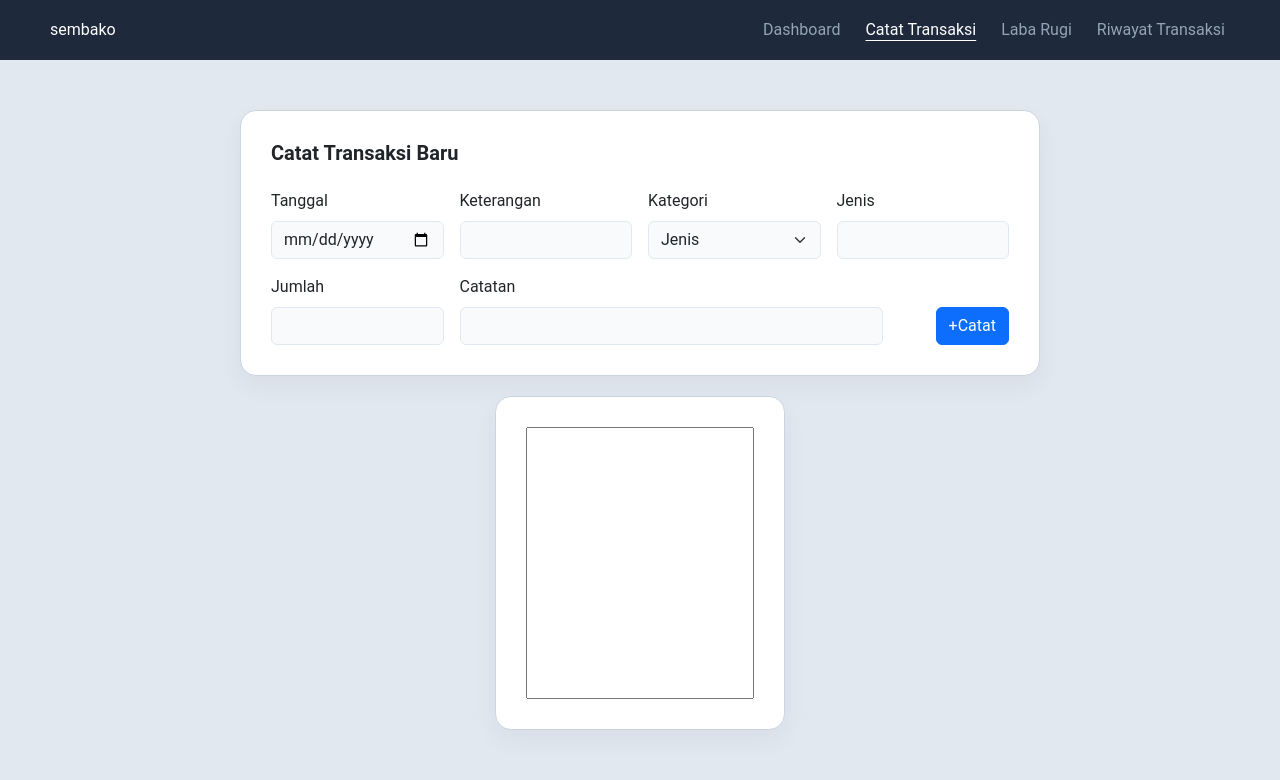
Repository: musdalifahzahra/Projek-Akhir-PWD-2026
Page: http://localhost/3-catat-transaksi.php
The author's editor kept a copy of each file at every save. The page is drawn from the files as they stood at one save, then again after the next save.
The browser window is 1280 px wide. The pictures show the whole page.
The page is run by PHP 8.4 with error messages shown; the project is at /var/www/html/.

Above is the page before, as saved 2026-04-10 17:50:23.

### 3-catat-transaksi.php
<!DOCTYPE html>
<html lang="en">

<head>
    <meta charset="UTF-8">
    <meta name="viewport" content="width=device-width, initial-scale=1.0">
    <title>Catat Transaksi</title>
    <link rel="stylesheet" href="https://cdn.jsdelivr.net/npm/bootstrap@5.3.8/dist/css/bootstrap.min.css">
    <link rel="stylesheet" href="template-css.css">
    <link rel="stylesheet" href="3-catat-transaksi-css.css">
</head>

<body>
    <nav>
        <div class="profile">
            <span>sembako</span>
        </div>
        <div class="nav_list">
            <ul>
                <li><a href="2-dashboard.php">Dashboard</a></li>
                <li><a href="3-catat-transaksi.php" class="nav-active">Catat Transaksi</a></li>
                <li><a href="4-laba-rugi.php">Laba Rugi</a></li>
                <li><a href="5-laporan.php">Riwayat Transaksi</a></li>
            </ul>
        </div>
    </nav>

    <div class="wrap">
        <!-- input transaksi -->
        <div class="input-transaksi template">
            <form class="row g-3">
                <h5>Catat Transaksi Baru</h5><br>
                <!-- tanggal -->
                <div class="col-md-3">
                    <label for="tanggal" class="form-label">Tanggal</label>
                    <input type="date" class="form-control" id="tanggal">
                </div>
                <!-- keterangan -->
                <div class="col-md-3">
                    <label for="keterangan" class="form-label">Keterangan</label>
                    <input type="text" class="form-control" id="keterangan">
                </div>
                <!-- kategori -->
                <div class="col-md-3">
                    <label for="inputZip" class="form-label">Kategori</label>
                    <select class="form-select" id="kategori" aria-label="Default select example">
                        <option selected>Jenis</option>
                        <option value="Pemasukan">Pemasukan</option>
                        <option value="Pengeluaran">Pengeluaran</option>
                    </select>
                </div>
                <!-- jenis -->
                <div class="col-md-3">
                    <label for="jenis" class="form-label">Jenis</label>
                    <input type="text" class="form-control" id="jenis">
                </div>
                <!-- jumlah-->
                <div class="col-md-3">
                    <label for="jumlah" class="form-label">Jumlah</label>
                    <input type="number" class="form-control" id="jumlah">
                </div>
                <!-- catatan -->
                <div class="col-md-7">
                    <label for="catatan" class="form-label">Catatan</label>
                    <input type="text" class="form-control" id="catatan">
                </div>
                <!-- submit +catat -->
                <div class="col-md-2 d-flex align-items-end justify-content-end">
                    <button type="submit" class="btn btn-primary" id="catat"> +Catat  </button>
                </div>
            </form>
        </div>

        <!-- transaksi terbaru -->
        <div class="transaksi-terbaru template">
            <input type="text">
        </div>
    </div>
</body>

</html>

### template-css.css
:root {
  --color-nav: #1e293b;
  --color-bag-web: #e2e8f0;
  --color-card: #ffffff;
  --color-belum-dipencet: #94a3b8;
  --color-kurson: #cbd5e1;
  --color-tulisan-utama: #334155;
  --color-pemasukan: #10b981;
  --color-pengeluaran: #ef4444;
  --color-border: #e2e8f0;
  --color-border-card: #cbd5e1;
}

body {
  font-family: "Roboto", sans-serif;
}

nav {
  background-color: var(--color-nav);
  height: 60px;
  display: flex;
  align-items: center;
  justify-content: space-between;
  padding: 0px 50px;
  z-index: 1;
}

nav span {
  color: var(--color-card);
}

nav ul {
  padding: 0px;
  margin: 0px;
  display: flex;
  gap: 20px;
}
nav li {
  margin-right: 5px;
  display: inline;
  font-style: none;
}

nav a {
  color: var(--color-belum-dipencet);
  text-decoration: none;
}

.nav-active {
  color: var(--color-card);
  text-decoration: underline;
  text-underline-offset: 5px;
}

nav a:hover {
  color: var(--color-kurson);
}
body {
  background-color: var(--color-bag-web);
}

### 3-catat-transaksi-css.css
.wrap {
  display: flex;
  flex-direction: column;
  z-index: 2;
  width: 100%;
  min-height: 100vh;
  background-color: var(--color-bag-web);
  padding: 50px 20px;
  gap: 20px;
  justify-content: center;
  align-items: center;
}

h5 {
  font-weight: bold;
}
.template {
  max-width: 800px;
    border: 1.2px solid var(--color-border-card);
background-color: var(--color-card);
  border-radius: 16px;
  box-shadow: 0 10px 25px rgba(30, 41, 59, 0.05);
  padding: 30px
}

.input-transaksi {
  display: flex;

  /* padding: 20px; */
}

.transaksi-terbaru {
  display: flex;
  flex: 1;
  /* padding: 20px; */
}
form .catat {
  margin: 0px;
  padding: 0px;
}

.form-control,
.form-select {
    background-color: #F8FAFC;
  border: 1px solid var(--color-border);

}

After the next save:
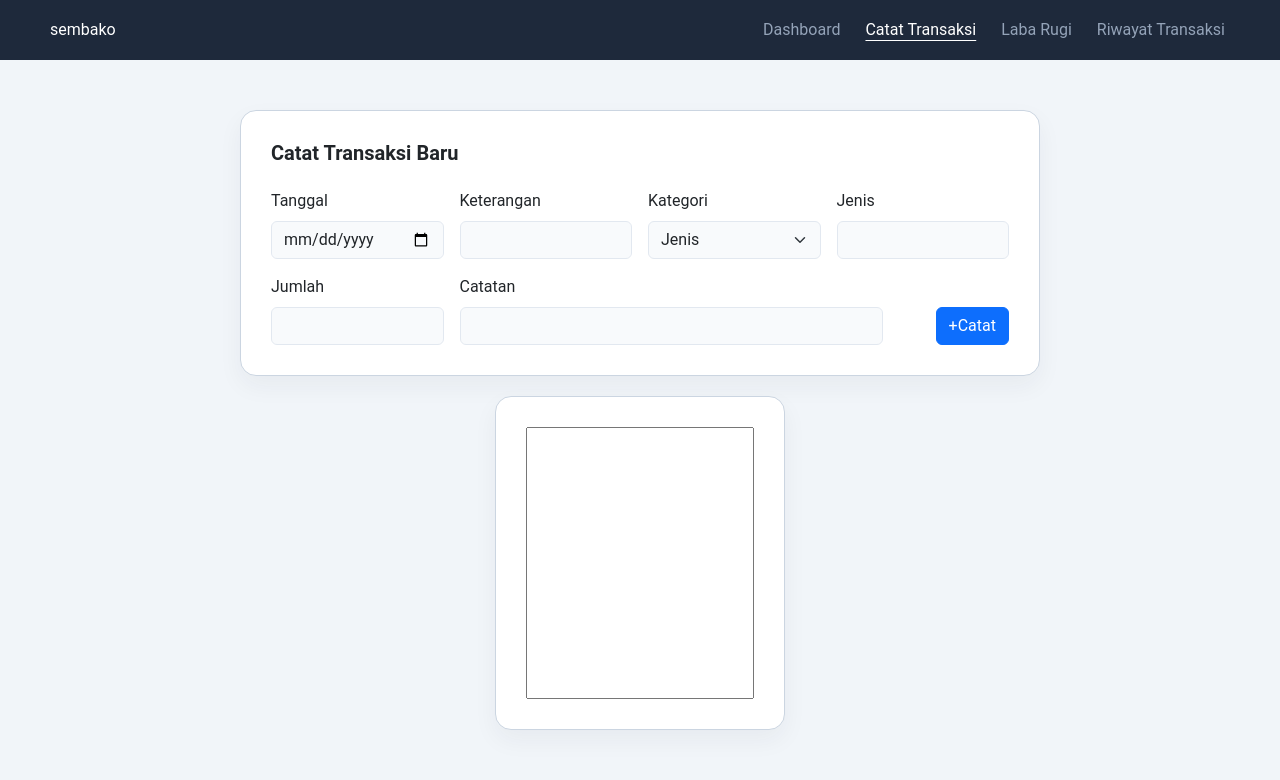
Saved 19 s later.
--- a/template-css.css
+++ b/template-css.css
@@ -1,6 +1,6 @@
 :root {
   --color-nav: #1e293b;
-  --color-bag-web: #e2e8f0;
+  --color-bag-web: #F1F5F9;
   --color-card: #ffffff;
   --color-belum-dipencet: #94a3b8;
   --color-kurson: #cbd5e1;

After the save that followed:
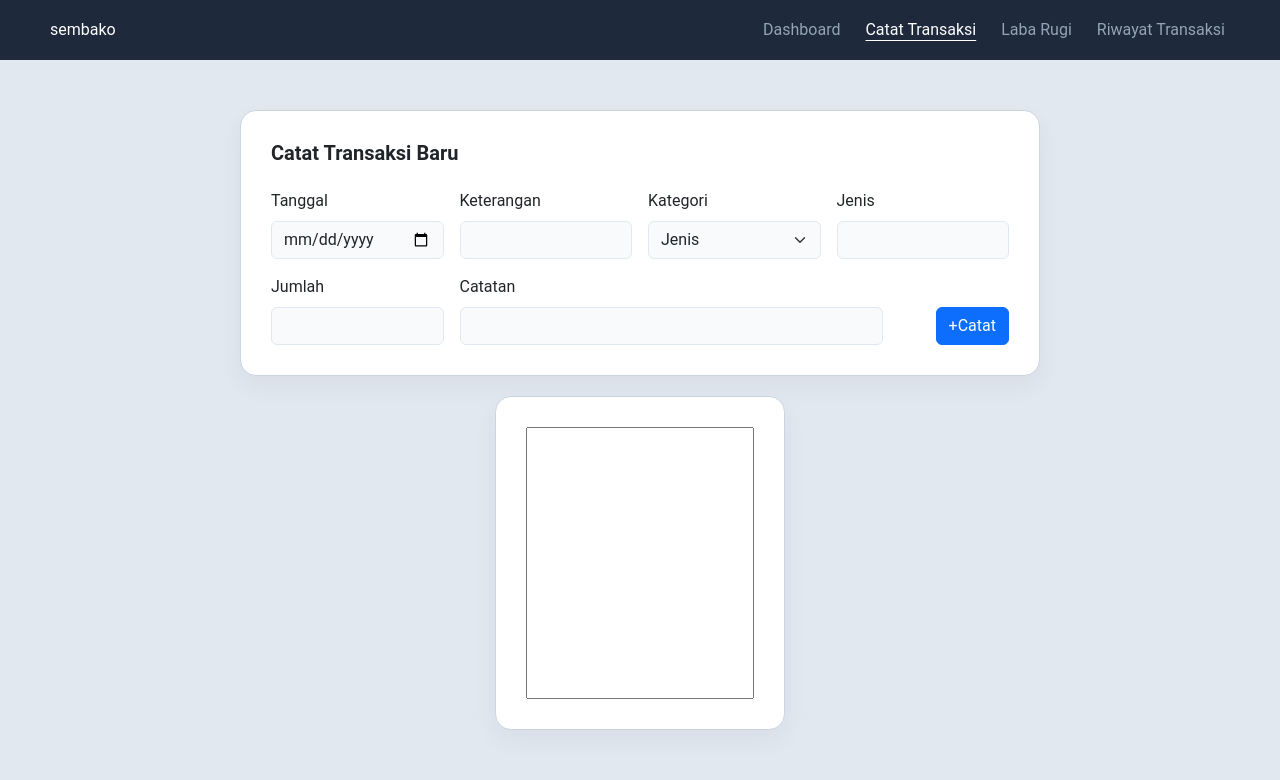
Saved 9 s later.
--- a/template-css.css
+++ b/template-css.css
@@ -1,6 +1,6 @@
 :root {
   --color-nav: #1e293b;
-  --color-bag-web: #F1F5F9;
+  --color-bag-web: #e2e8f0;
   --color-card: #ffffff;
   --color-belum-dipencet: #94a3b8;
   --color-kurson: #cbd5e1;
